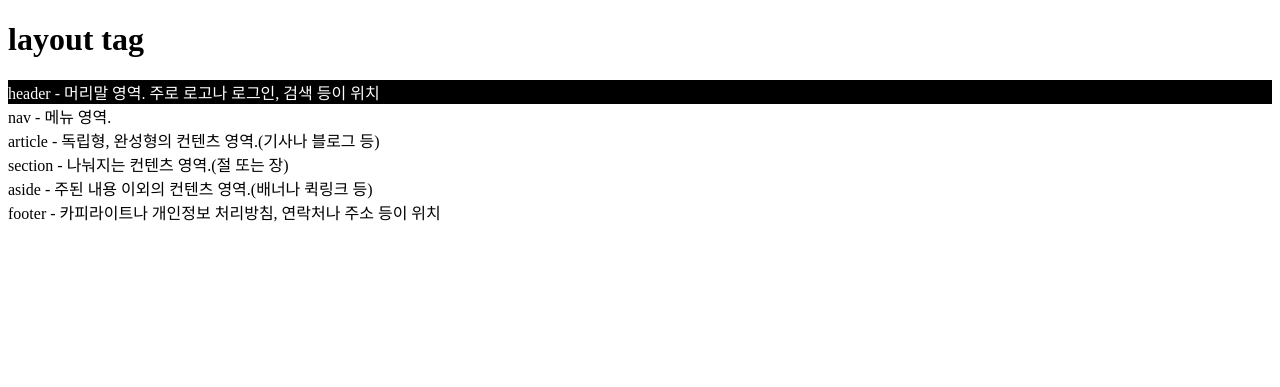
Repository: Git-Seokcoding/WEB
Page: CSS3/src/main/webapp/layout.html
An editor plug-in stored every save of this project. The page is shown before and after the next save, followed by the edit.
The browser window is 1280 px wide. The pictures show the whole page.

Above is the page before, as saved 2023-10-12 07:10:55.

After the next save:
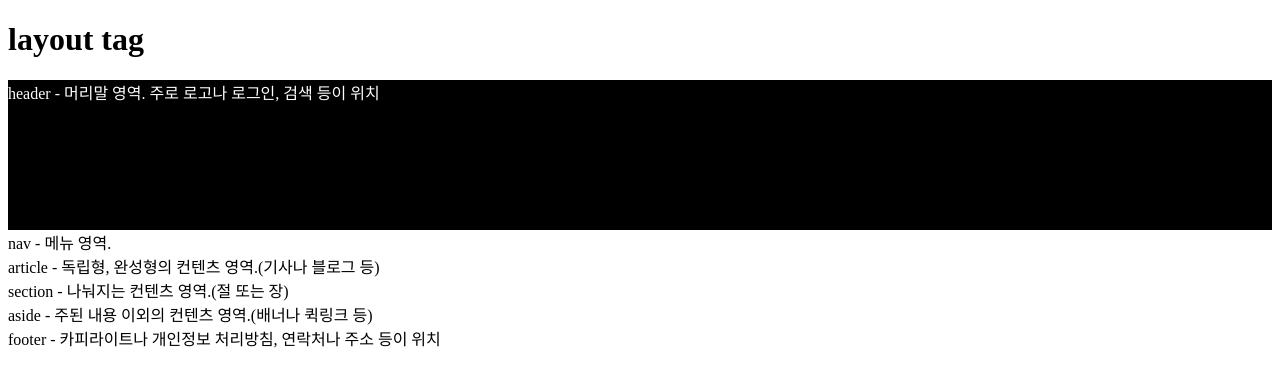
Saved 68 s later.
--- a/CSS3/src/main/webapp/layout.html
+++ b/CSS3/src/main/webapp/layout.html
@@ -6,7 +6,7 @@
 </head>
 <body>
 	<h1>layout tag</h1>
-	<header style="background-color: #000;color: #fff;">
+	<header style="background-color: #000;color: #fff;height:150px;">
 	header - 머리말 영역. 주로 로고나 로그인, 검색 등이 위치
 	</header>
 	<nav>
